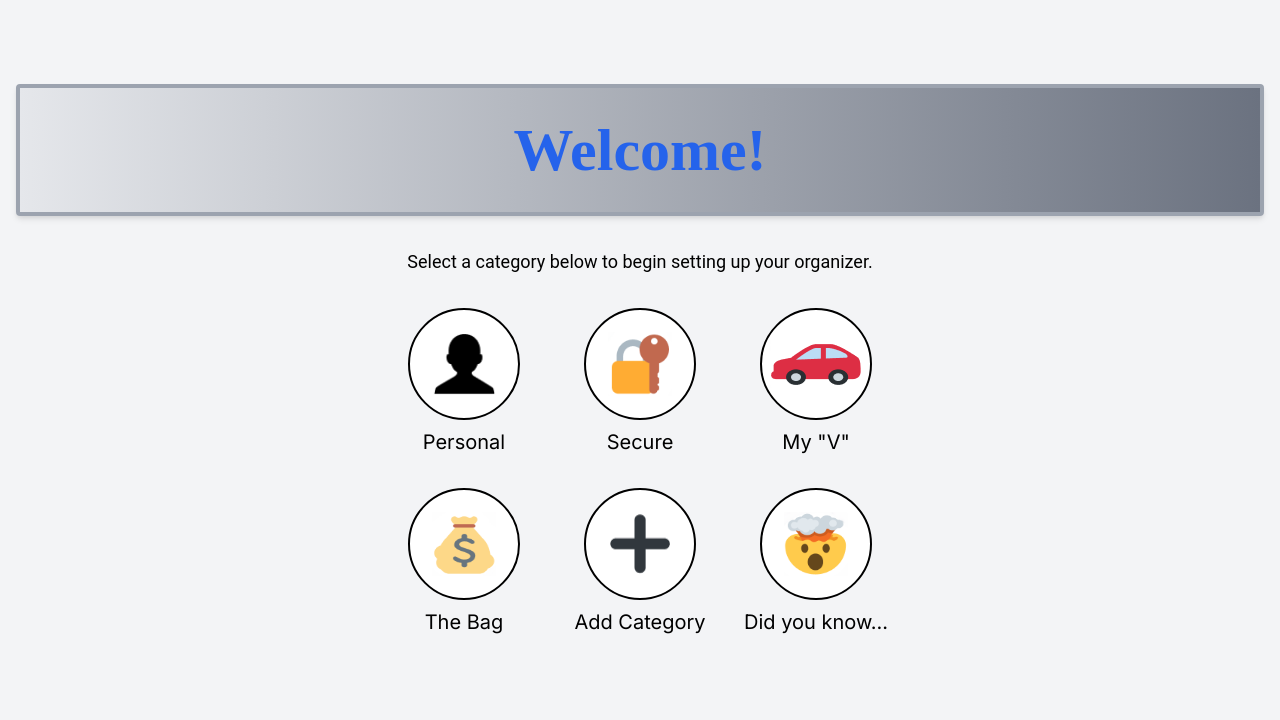
Repository: MercyB19/Russaw_Mercy_Adulting-101_Capstone
Page: page2.html
These files come from the project's save history. The page is drawn as it stood at one moment and after the next save; the edit follows.
The browser window is 1280 px wide. The pictures show the whole page.
Some web fonts or font styles are not loaded; a fallback is used.

Above is the page before, as saved 2024-07-23 05:39:38.

### page2.html
<!DOCTYPE html>
<html lang="en">

<head>
  <meta charset="UTF-8">
  <meta name="viewport" content="width=device-width, initial-scale=1.0">
  <title>YAY Adulting</title>
  <link href="https://cdn.jsdelivr.net/npm/tailwindcss@2.2.19/dist/tailwind.min.css" rel="stylesheet">
  <link rel="stylesheet" href="https://fonts.googleapis.com/css2?family=Balsamiq+Sans:wght@400;700&display=swap">
  <link rel="stylesheet" href="https://fonts.googleapis.com/css2?family=Inter:wght@400;500;600&display=swap">
</head>

<body class="bg-gray-100 flex flex-col items-center justify-center min-h-screen">
  <div class="container mx-auto p-4 flex flex-col items-center">
    <header class="w-full p-8 bg-gradient-to-r from-gray-200 to-gray-500 border-4 border-gray-400 flex flex-col items-center rounded shadow-md mb-8">
      <h1 class="text-6xl font-bold text-blue-600" style="font-family: 'Balsamiq Sans', cursive;">Welcome!</h1>
    </header>
    <div class="text-center mb-8">
      <p class="text-lg" style="font-family: 'Roboto', sans-serif;">Select a category below to begin setting up your organizer.</p>
    </div>
    <div class="grid grid-cols-3 gap-8">
      <div class="flex flex-col items-center">
        <div class="w-28 h-28 flex justify-center items-center bg-white border-2 border-black rounded-full mb-2">
          <img src="Images/Person_personal_img.png" alt="Personal" class="w-17 h-16">
        </div>
        <p class="text-xl" style="font-family: 'Inter', sans-serif;">Personal</p>
      </div>
      <div class="flex flex-col items-center">
        <div class="w-28 h-28 flex justify-center items-center bg-white border-2 border-black rounded-full mb-2">
          <img src="Images/Secure_icon_img.png" alt="Secure" class="w-16 h-16">
        </div>
        <p class="text-xl" style="font-family: 'Inter', sans-serif;">Secure</p>
      </div>
      <div class="flex flex-col items-center">
        <div class="w-28 h-28 flex justify-center items-center bg-white border-2 border-black rounded-full mb-2">
          <img src="images/My_V_img.png" alt="My V" class="w-15 h-15">
        </div>
        <p class="text-xl" style="font-family: 'Inter', sans-serif;">My "V"</p>
      </div>
      <div class="flex flex-col items-center">
        <div class="w-28 h-28 flex justify-center items-center bg-white border-2 border-black rounded-full mb-2">
          <img src="Images/The_bag_icon_img.png" alt="The Bag" class="w-16 h-16">
        </div>
        <p class="text-xl" style="font-family: 'Inter', sans-serif;">The Bag</p>
      </div>
      <div class="flex flex-col items-center">
        <div class="w-28 h-28 flex justify-center items-center bg-white border-2 border-black rounded-full mb-2">
          <img src="Images/Add_new_img.png" alt="Add Category" class="w-16 h-16">
        </div>
        <p class="text-xl" style="font-family: 'Inter', sans-serif;">Add Category</p>
      </div>
      <div class="flex flex-col items-center">
        <div class="w-28 h-28 flex justify-center items-center bg-white border-2 border-black rounded-full mb-2">
          <img src="Images/did_you_know_icon.png" alt="Did you know" class="w-16 h-16">
        </div>
        <p class="text-xl" style="font-family: 'Inter', sans-serif;">Did you know...</p>
      </div>
    </div>
  </div>
</body>

</html>

After the next save:
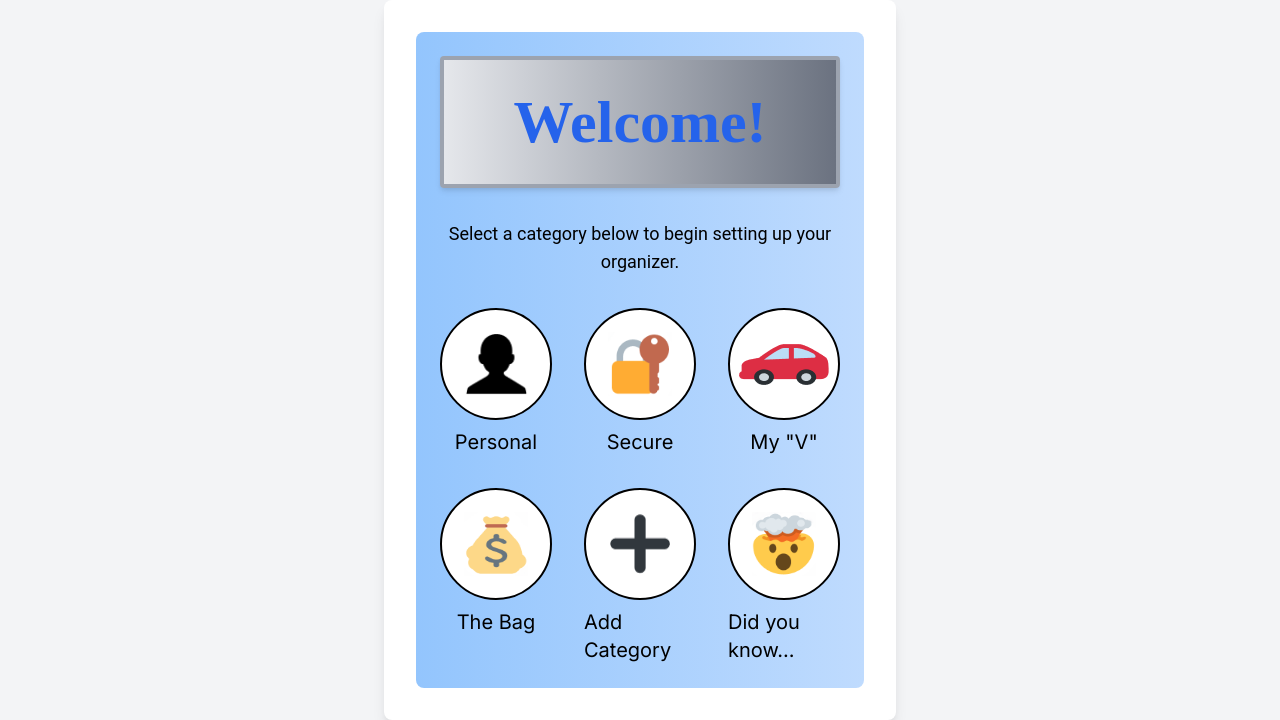
Saved 6 min 51 s later.
--- a/page2.html
+++ b/page2.html
@@ -10,8 +10,9 @@
   <link rel="stylesheet" href="https://fonts.googleapis.com/css2?family=Inter:wght@400;500;600&display=swap">
 </head>
 
-<body class="bg-gray-100 flex flex-col items-center justify-center min-h-screen">
-  <div class="container mx-auto p-4 flex flex-col items-center">
+<body class="bg-gray-100 flex justify-center items-center min-h-screen">
+  <div class="w-full max-w-lg p-8 bg-white rounded-lg shadow-lg">
+    <div class="bg-gradient-to-r from-blue-300 via-teal-300 to-blue-200 p-6 rounded-lg">
     <header class="w-full p-8 bg-gradient-to-r from-gray-200 to-gray-500 border-4 border-gray-400 flex flex-col items-center rounded shadow-md mb-8">
       <h1 class="text-6xl font-bold text-blue-600" style="font-family: 'Balsamiq Sans', cursive;">Welcome!</h1>
     </header>
